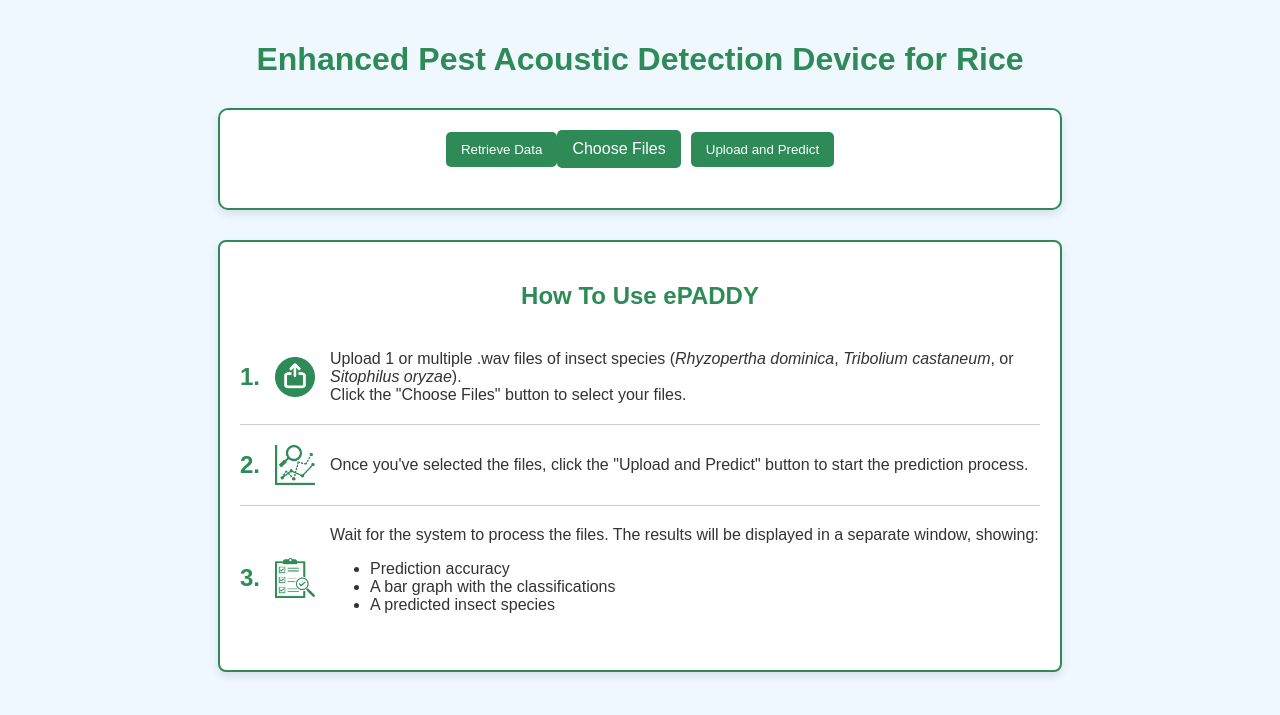
Repository: Perilla-Ian/ePADDY
Page: http://localhost/upload
The author's editor kept a copy of each file at every save. The page is drawn from the files as they stood at one save, then again after a run of saves.
The browser window is 1280 px wide. The pictures show the whole page.
The page is served by the project's application, run on Flask 3 (appv3.py).

Above is the page before, as saved 2025-01-28 14:05:40.

After the next 2 saves:
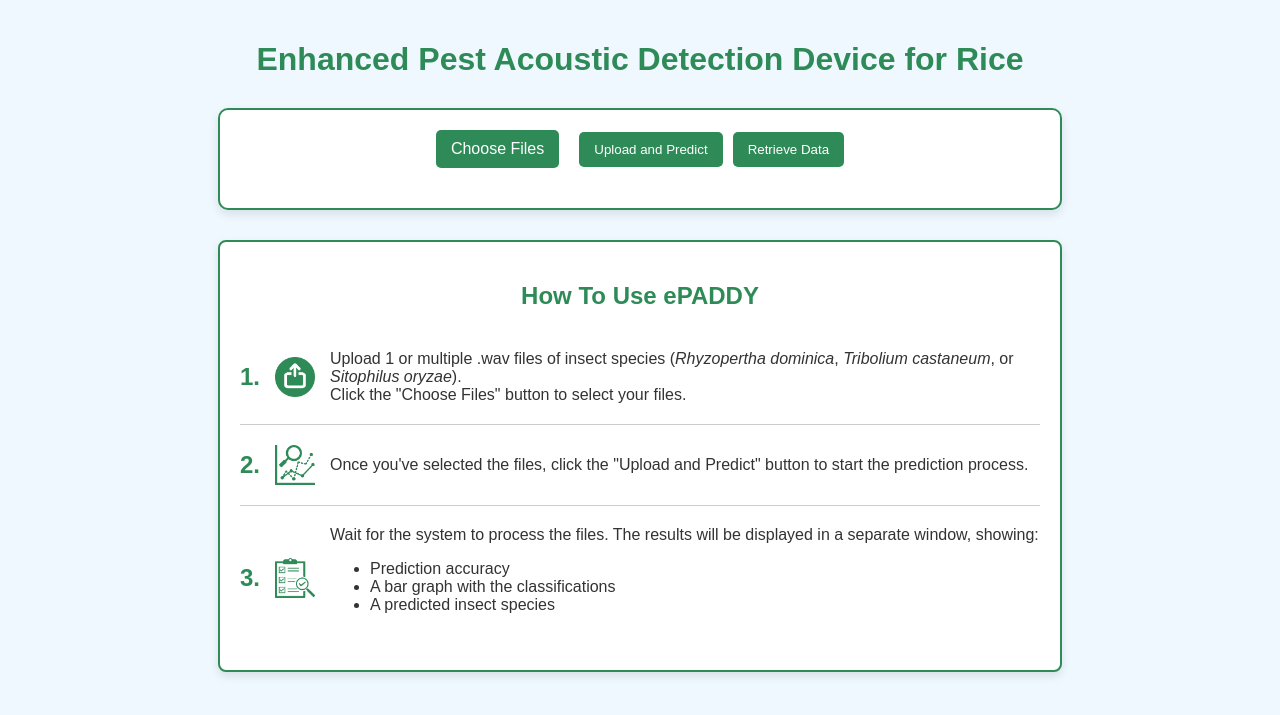
The 2 saves are shown as one change because they came seconds apart.
The last was saved 25 s later.
--- a/templates/upload.html
+++ b/templates/upload.html
@@ -11,12 +11,11 @@
 <body>
     <h1>Enhanced Pest Acoustic Detection Device for Rice</h1>
     <form action="/predict" method="post" enctype="multipart/form-data">
-        <div class="button-container">
-            <!-- Add this button below the existing "Upload and Predict" button -->
-            <button type="button" id="retrieve-data-btn">Retrieve Data</button>
+        <div class="button-container" style="gap: 10px;">
             <label class="custom-file-button" for="files">Choose Files</label>
             <input type="file" id="files" name="files" accept=".wav" multiple>
             <button type="submit">Upload and Predict</button>
+            <button type="button" id="retrieve-data-btn">Retrieve Data</button>
         </div>
         <!--  display file names -->
         <div class="file-list" id="fileList">
